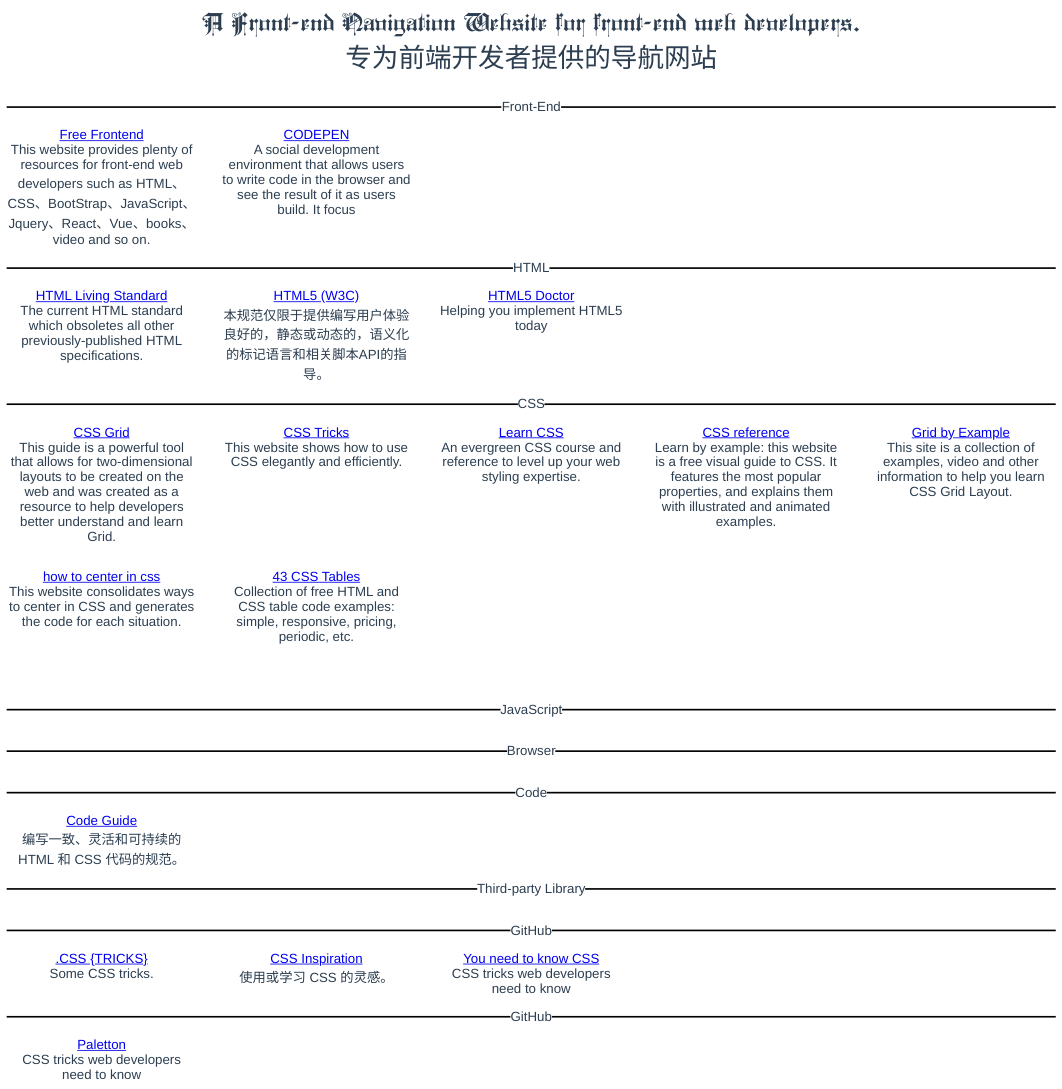
Repository: 321paranoiawhy/fenav.io
Page: /
The author's editor kept a copy of each file at every save. The page is drawn from the files as they stood at one save, then again after the next save.
The browser window is 1280 px wide. The pictures show the whole page, at 83% of full size.
The project was rebuilt for these pictures with package versions that can differ from the ones it lists, and the page was loaded fresh each time. Also part of the build but not shown: vue.config.js.

Above is the page before, as saved 2022-04-06 01:05:15.

### src/views/HomeView.vue
<template>
    <div class="englishTitle">
        A Front-end Navigation Website for front-end web developers.
    </div>
    <div class="chineseTitle">专为前端开发者提供的导航网站</div>
    <!-- Front-End -->
    <p class="divider">Front-End</p>
    <div id="frontend" class="main">
        <div class="card">
            <a class="url" href="https://freefrontend.com/">Free Frontend</a>
            <div class="description">
                This website provides plenty of resources for front-end web
                developers such as
                HTML、CSS、BootStrap、JavaScript、Jquery、React、Vue、books、video
                and so on.
            </div>
        </div>
        <div class="card">
            <a class="url" href="https://codepen.io/trending">CODEPEN</a>
            <div class="description">
                A social development environment that allows users to write code in the browser and see the result of it as users build. It focus
            </div>
        </div>
    </div>
    <!-- HTML -->
    <p class="divider">HTML</p>
    <div id="HTML" class="main">
        <div class="card">
            <a class="url" href="https://html.spec.whatwg.org/"
                >HTML Living Standard</a
            >
            <div class="description">
                The current HTML standard which obsoletes all other
                previously-published HTML specifications.
            </div>
        </div>
        <div class="card">
            <a class="url" href="https://www.w3.org/html/ig/zh/wiki/HTML5"
                >HTML5 (W3C)</a
            >
            <div class="description">
                本规范仅限于提供编写用户体验良好的，静态或动态的，语义化的标记语言和相关脚本API的指导。
            </div>
        </div>
        <div class="card">
            <a class="url" href="http://html5doctor.com/">HTML5 Doctor</a>
            <div class="description">Helping you implement HTML5 today</div>
        </div>
    </div>
    <!-- CSS -->
    <p class="divider">CSS</p>
    <div id="CSS" class="main">
        <div id="grid" class="card">
            <a class="url" href="https://learncssgrid.com/">CSS Grid</a>
            <div class="description">
                This guide is a powerful tool that allows for two-dimensional
                layouts to be created on the web and was created as a resource
                to help developers better understand and learn Grid.
            </div>
        </div>
        <div id="tricks" class="card">
            <a class="url" href="https://css-tricks.com/">CSS Tricks</a>
            <div class="description">
                This website shows how to use CSS elegantly and efficiently.
            </div>
        </div>
        <div id="learn" class="card">
            <a class="url" href="https://web.dev/learn/css/">Learn CSS</a>
            <div class="description">
                An evergreen CSS course and reference to level up your web
                styling expertise.
            </div>
        </div>
        <div id="reference" class="card">
            <a class="url" href="https://cssreference.io/">CSS reference</a>
            <div class="description">
                Learn by example: this website is a free visual guide to CSS. It
                features the most popular properties, and explains them with
                illustrated and animated examples.
            </div>
        </div>
        <div id="grid" class="card">
            <a class="url" href="https://gridbyexample.com/">Grid by Example</a>
            <div class="description">
                This site is a collection of examples, video and other
                information to help you learn CSS Grid Layout.
            </div>
        </div>
        <div id="center in css" class="card">
            <a class="url" href="http://howtocenterincss.com/"
                >how to center in css</a
            >
            <div class="description">
                This website consolidates ways to center in CSS and generates
                the code for each situation.
            </div>
        </div>
        <div id="table" class="card">
            <a
                class="url"
                href="https://freefrontend.com/css-tables/#pricing-tables"
                >43 CSS Tables</a
            >
            <div class="description">
                Collection of free HTML and CSS table code examples: simple,
                responsive, pricing, periodic, etc.
            </div>
        </div>
    </div>
    <!-- JavaScript -->
    <p class="divider">JavaScript</p>
    <div id="JavaScript" class="main"></div>
    <!-- Browser -->
    <p class="divider">Browser</p>
    <div id="Browser" class="main"></div>
    <!-- Code -->
    <p class="divider">Code</p>
    <div id="Code" class="main">
        <div class="card">
            <a class="url" href="https://codeguide.bootcss.com/">Code Guide</a>
            <div class="description">
                编写一致、灵活和可持续的 HTML 和 CSS 代码的规范。
            </div>
        </div>
    </div>
    <!-- Third-party Library -->
    <p class="divider">Third-party Library</p>
    <div id="Code" class="main"></div>
    <!-- GitHub -->
    <p class="divider">GitHub</p>
    <div id="GitHub" class="main">
        <div id="tricks" class="card">
            <a class="url" href="https://github.com/QiShaoXuan/css_tricks"
                >.CSS {TRICKS}</a
            >
            <div class="description">Some CSS tricks.</div>
        </div>
        <div id="Inspiration" class="card">
            <a class="url" href="https://github.com/chokcoco/CSS-Inspiration"
                >CSS Inspiration</a
            >
            <div class="description">使用或学习 CSS 的灵感。</div>
        </div>
        <div id="" class="card">
            <a
                class="url"
                href="https://github.com/l-hammer/You-need-to-know-css"
                >You need to know CSS</a
            >
            <div class="description">
                CSS tricks web developers need to know
            </div>
        </div>
    </div>
    <!-- Color -->
    <p class="divider">GitHub</p>
    <div id="Code" class="main">
        <div id="" class="card">
            <a
                class="url"
                href="https://paletton.com/#uid=1000u0kllllaFw0g0qFqFg0w0aF"
                >Paletton</a
            >
            <div class="description">
                CSS tricks web developers need to know
            </div>
        </div>
    </div>
</template>

<script>
// @ is an alias to /src
export default {
    name: "Home",
    components: {},
};
</script>

<style scoped lang="scss">
@font-face {
    font-family: KingsCross;
    src: url(/public/fonts/KingsCross.ttf);
}
@font-face {
    font-family: NotoSansSC-Regular;
    src: url(/public/fonts/NotoSansSC-Regular.otf);
}
.englishTitle {
    font-family: KingsCross;
    font-size: 32px;
}
.chineseTitle {
    font-family: NotoSanSC-Regular;
    font-size: 32px;
    margin-bottom: 30px;
}
.main {
    display: grid;
    grid-template-columns: repeat(5, 1fr);
    grid-auto-rows: 1fr;
    grid-gap: 30px;
}
// 水平分割线 中间带文字
p {
    display: flex;
}
p:before,
p:after {
    content: "";
    flex: 1 1 0;
    border-bottom: 2px solid #000;
    margin: auto;
}
</style>

Loaded but not shown: public/index.html (common file); src/main.js (common file); src/App.vue (common file); src/router/index.js (common file); src/store/index.js (common file)

After the next save:
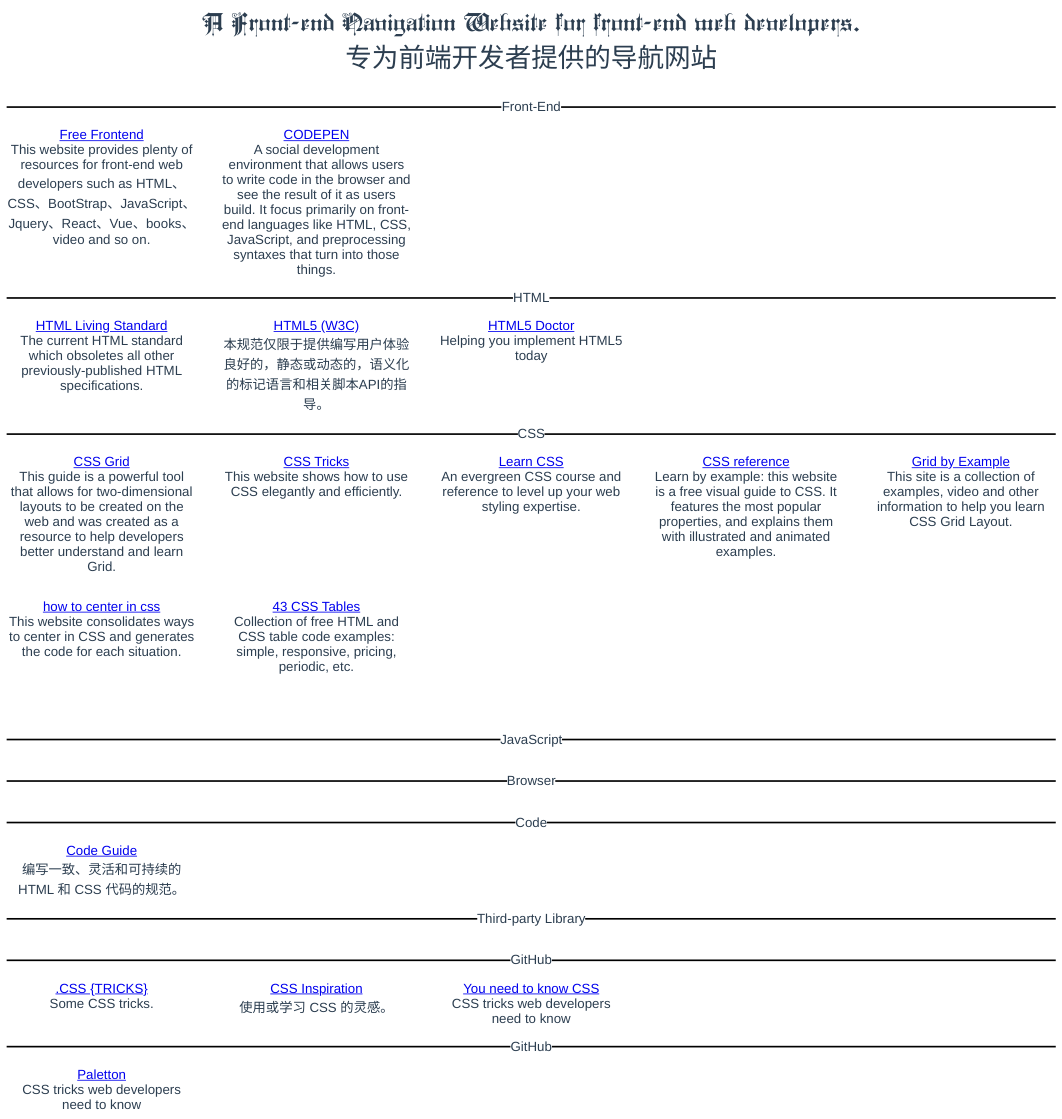
Saved 6 s later.
--- a/src/views/HomeView.vue
+++ b/src/views/HomeView.vue
@@ -18,7 +18,7 @@
         <div class="card">
             <a class="url" href="https://codepen.io/trending">CODEPEN</a>
             <div class="description">
-                A social development environment that allows users to write code in the browser and see the result of it as users build. It focus
+                A social development environment that allows users to write code in the browser and see the result of it as users build. It focus primarily on front-end languages like HTML, CSS, JavaScript, and preprocessing syntaxes that turn into those things.
             </div>
         </div>
     </div>
